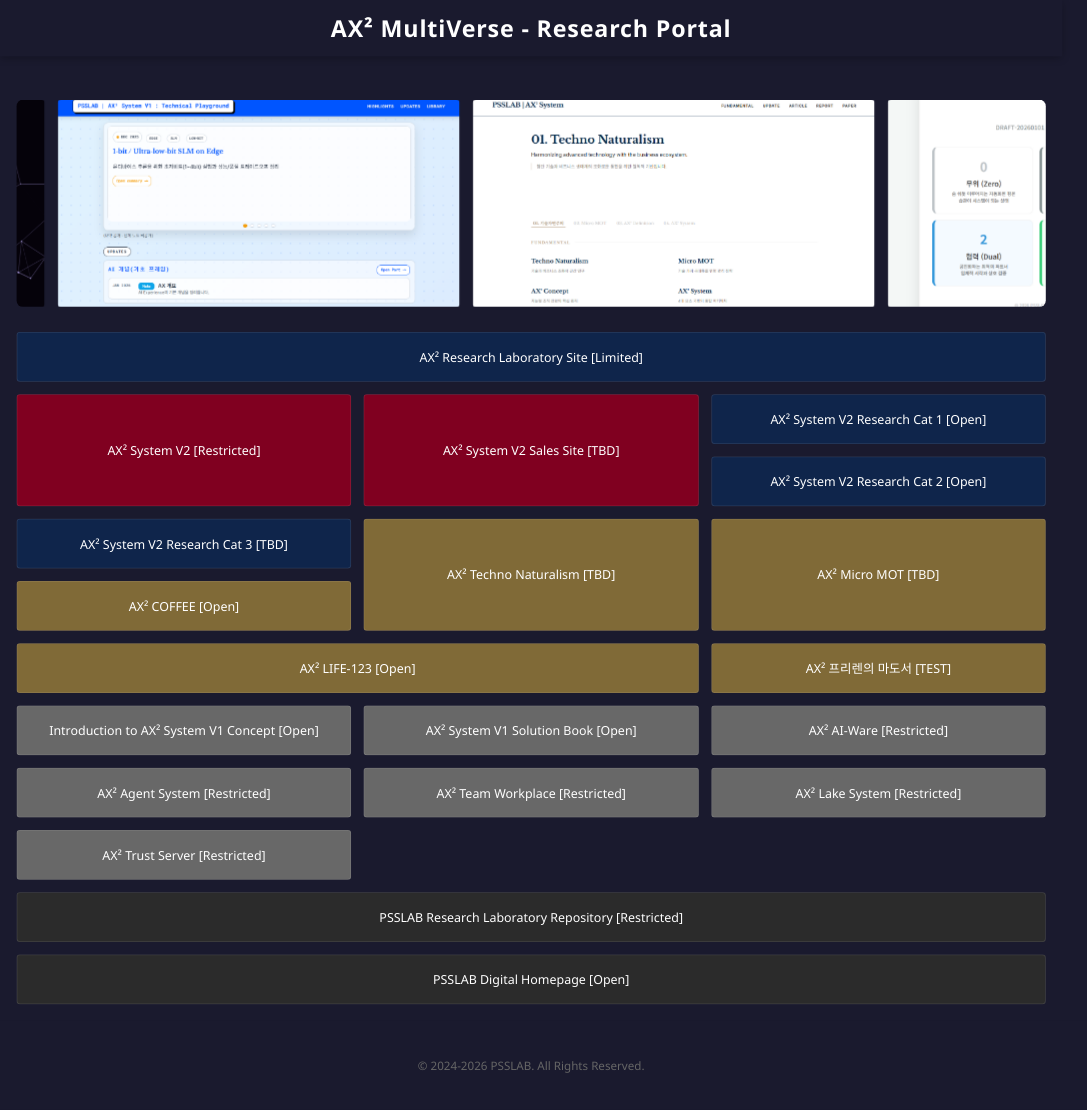
Repository: hycse89/PSSLAB_OpenSite
Page: psslab_multiverse_v3.html
These files come from the project's save history. The page is drawn as it stood at one moment and after a run of saves; the edit follows.
The browser window is 1280 px wide. The page is 1310 px wide, so the pictures cover 1310 px, including what lies to the right of the window. The pictures show the whole page, at 83% of full size.

Above is the page before, as saved 2026-01-11 22:33:43.

After the next 2 saves:
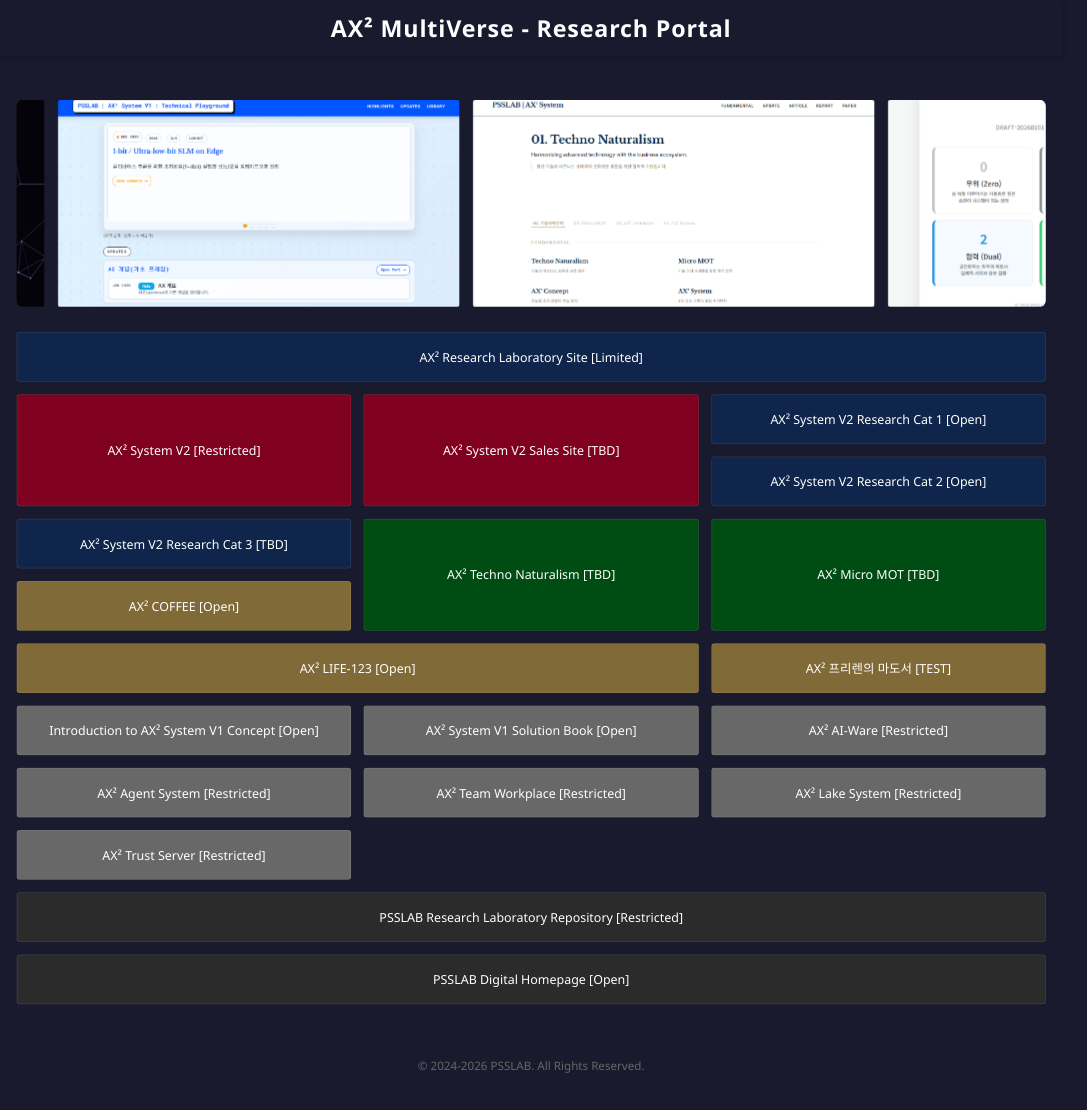
The 2 saves are shown as one change because they came seconds apart.
The last was saved 13 s later.
--- a/psslab_multiverse_v3.html
+++ b/psslab_multiverse_v3.html
@@ -194,8 +194,8 @@
             <a href="ax2_v2_20260101/index.html" class="link-button color-1 h-1">AX² System V2 Research Cat 2 [Open]</a>
             <a href="ax2_v3_20260101/index.html" class="link-button color-1 h-1">AX² System V2 Research Cat 3 [TBD]</a>
 
-            <a href="http://localhost:8001/utils/markdown_viewer.html?file=/ax_research/doc/doc_ax_techno_naturalism_v5.md" class="link-button color-3 h-2">AX² Techno Naturalism [TBD]</a>
-            <a href="http://localhost:8001/utils/markdown_viewer.html?file=/ax_research/doc/doc_ax_micro_mot_v2.md" class="link-button color-3 h-2">AX² Micro MOT [TBD]</a>
+            <a href="http://localhost:8001/utils/markdown_viewer.html?file=/ax_research/doc/doc_ax_techno_naturalism_v5.md" class="link-button color-6 h-2">AX² Techno Naturalism [TBD]</a>
+            <a href="http://localhost:8001/utils/markdown_viewer.html?file=/ax_research/doc/doc_ax_micro_mot_v2.md" class="link-button color-6 h-2">AX² Micro MOT [TBD]</a>
 
 
             <a href="http://localhost:8001/ax_site/ax2_life_123/index.html" class="link-button color-3 w-2 h-1">AX² LIFE-123 [Open]</a>
